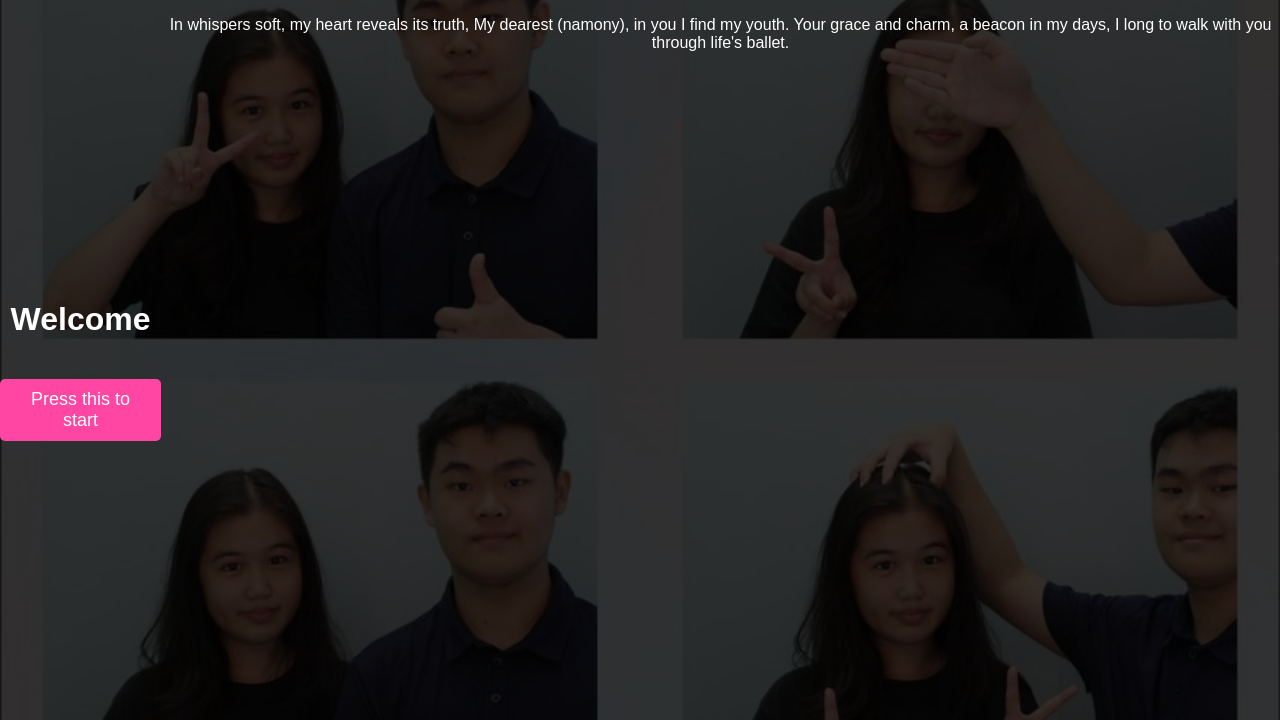
Repository: SnakeXrnt/project-cnf
Page: index.html
These files come from the project's save history. The page is drawn as it stood at one moment and after the next save; the edit follows.
The browser window is 1280 px wide. The pictures show the whole page.
Some web fonts or font styles are not loaded; a fallback is used.

Above is the page before, as saved 2024-06-22 15:49:04.

After the next save:
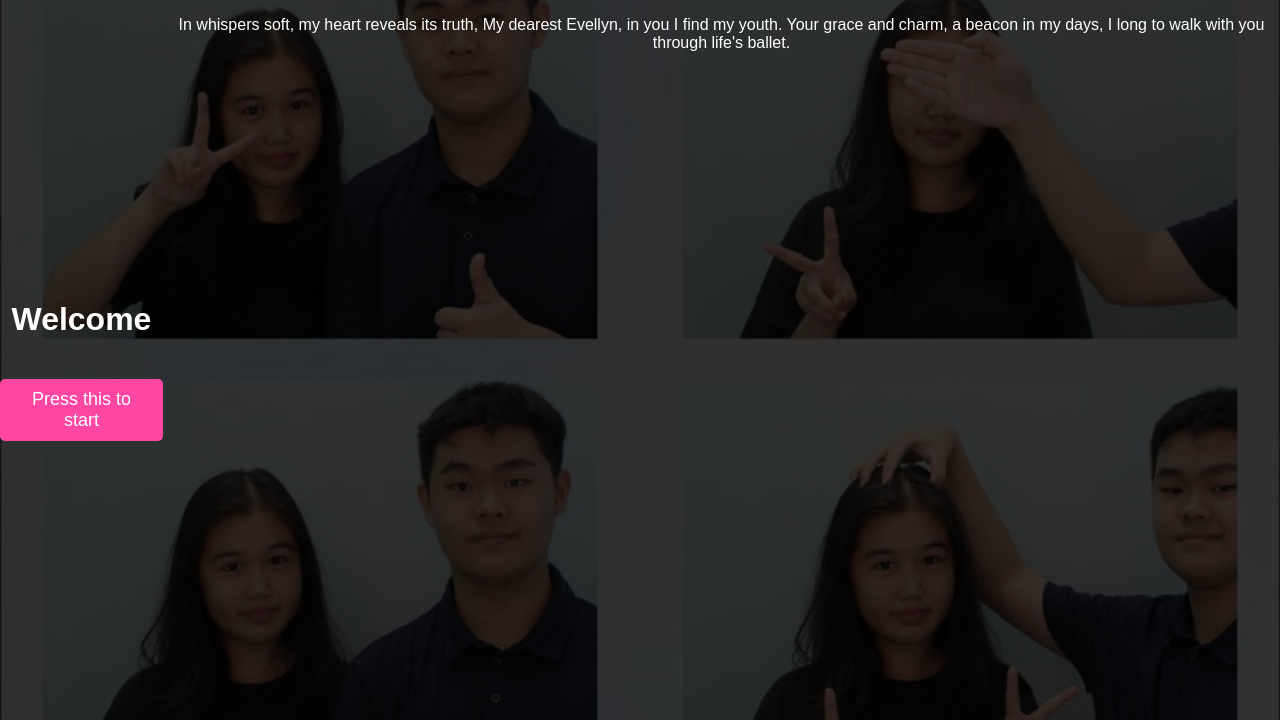
Saved 10 s later.
--- a/index.html
+++ b/index.html
@@ -48,9 +48,10 @@
 
     <div class="filling3">
         <p>In whispers soft, my heart reveals its truth,
-            My dearest (namony), in you I find my youth.
+            My dearest Evellyn, in you I find my youth.
             Your grace and charm, a beacon in my days,
             I long to walk with you through life's ballet.</p>
+
     </div>
 
     <audio id="background-music" src="music.mp3"></audio>
